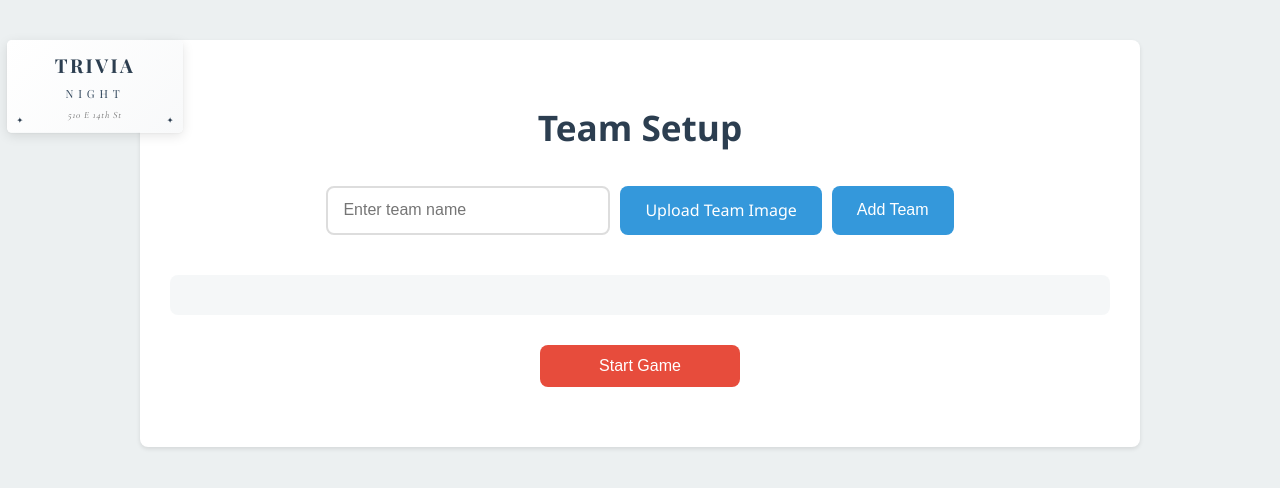
Repository: oscarfco/oscarfco.github.io
Page: projects/trivia_night/index.html
The author's editor kept a copy of each file at every save. The page is drawn from the files as they stood at one save, then again after the next save.
The browser window is 1280 px wide. The pictures show the whole page.

Above is the page before, as saved 2025-01-26 01:04:36.

After the next save:
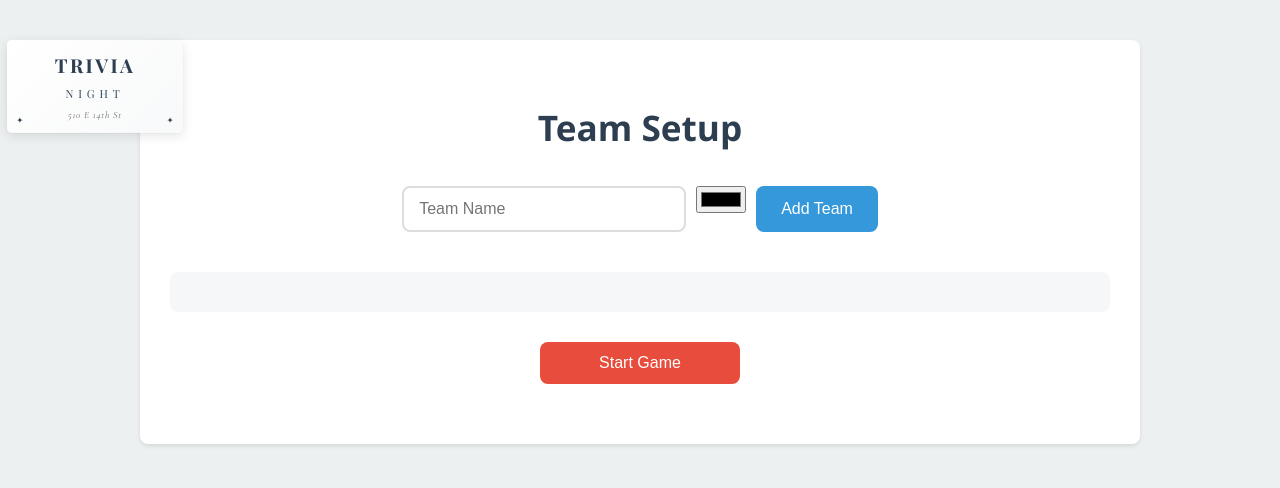
Saved 7 s later.
--- a/projects/trivia_night/index.html
+++ b/projects/trivia_night/index.html
@@ -931,21 +931,12 @@
         <h2>Team Setup</h2>
         <div class="team-setup-container">
             <div class="team-input-container">
-                <input type="text" id="teamNameInput" placeholder="Enter team name">
-                <div class="image-upload-wrapper">
-                    <label for="teamImageInput" class="image-upload-label">
-                        Upload Team Image
-                    </label>
-                    <input type="file" id="teamImageInput" accept="image/*" onchange="handleImageUpload()">
-                </div>
+                <input type="text" id="teamNameInput" placeholder="Team Name">
+                <input type="file" id="teamImageInput" onchange="handleImageUpload()">
+                <input type="color" id="teamColorInput" value="#000000">
                 <button onclick="addTeam()">Add Team</button>
             </div>
-            <span id="imageUploadSuccess" class="upload-success">
-                <svg viewBox="0 0 24 24" width="16" height="16">
-                    <path fill="currentColor" d="M9 16.17L4.83 12l-1.42 1.41L9 19 21 7l-1.41-1.41L9 16.17z"/>
-                </svg>
-                Image uploaded
-            </span>
+            <span id="imageUploadSuccess" style="display: none;">✓ Image selected</span>
         </div>
         <div id="teamList" class="team-list"></div>
         <button onclick="startGame()" id="startGameBtn">Start Game</button>
